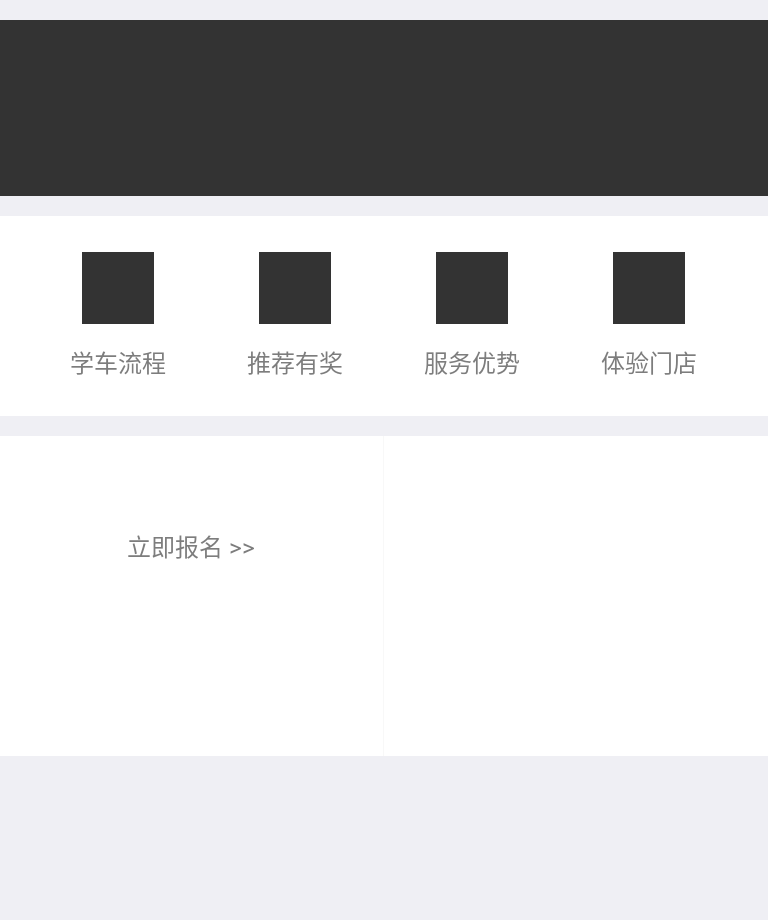
Repository: BugBang/paipaixueche
Layout: DGJP/res/layout/act_home_pager.xml
These files come from the project's save history. The layout is drawn as it stood at one moment and after the next save; the edit follows.
The pictures show rows 360 to 1280 of an output 1280 px tall.
It is drawn on a 768 x 1280 px phone screen (xhdpi) without system bars, with theme android:Theme; the app's code is not run.

Above is the layout before, as saved 2016-11-11 08:48:42.

After the next save:
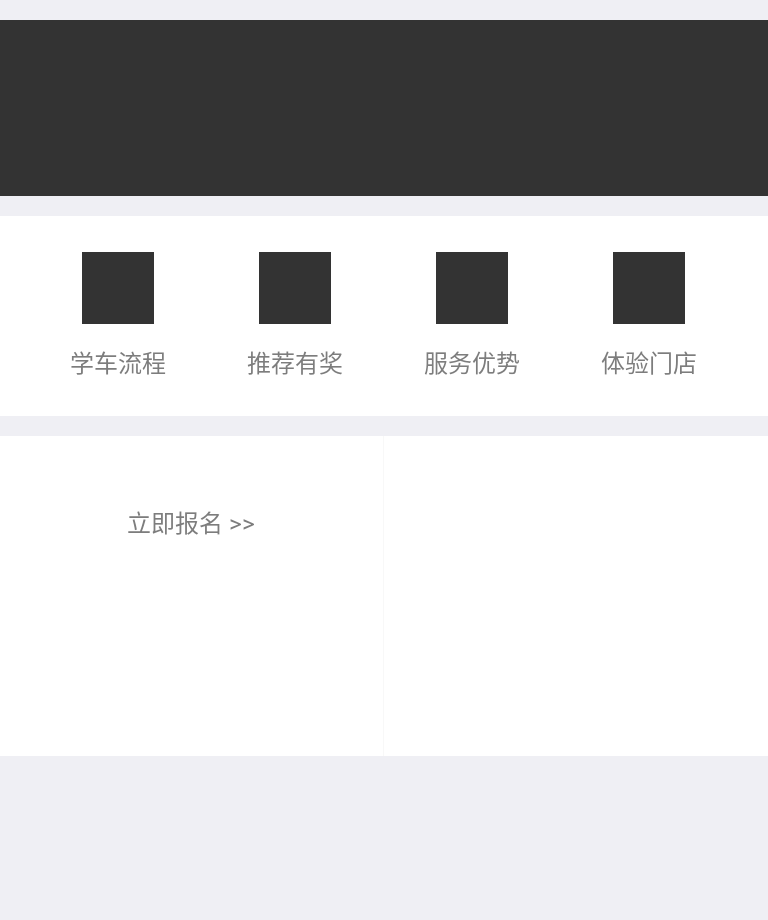
Saved 19 s later.
--- a/DGJP/res/layout/act_home_pager.xml
+++ b/DGJP/res/layout/act_home_pager.xml
@@ -185,8 +185,8 @@
                 android:textColor="@color/text_gray_dark2"
                 />
             <ImageView
-                android:layout_width="@dimen/view_50"
-                android:layout_height="@dimen/view_50"
+                android:layout_width="@dimen/view_74"
+                android:layout_height="@dimen/view_74"
                 />
 
         </LinearLayout>
